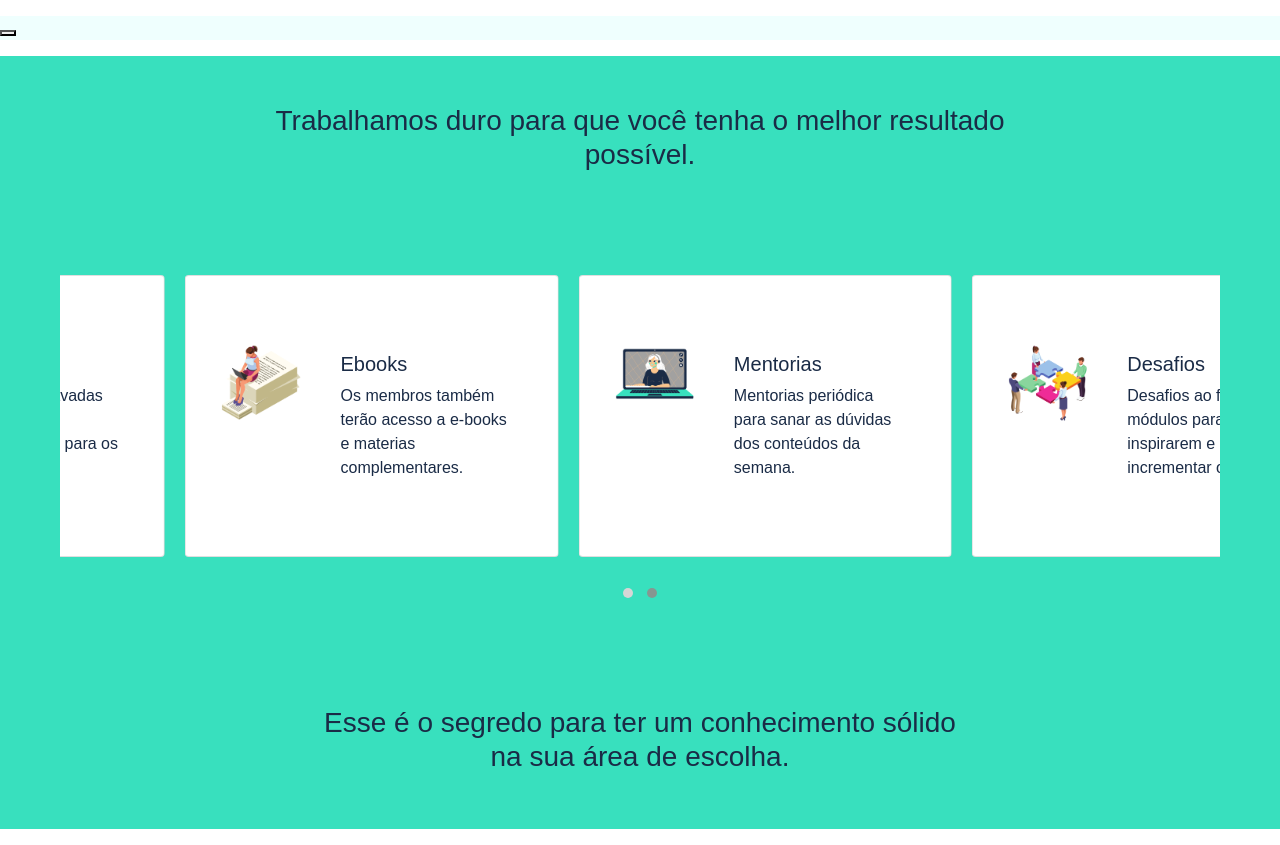
Repository: MarTech-Coders-Planejamento/site-oficial
Page: home.html
An editor plug-in stored every save of this project. The page is shown before and after the next save, followed by the edit.
The browser window is 1280 px wide. The pictures show the whole page.
Some web fonts or font styles are not loaded; a fallback is used.

Above is the page before, as saved 2021-10-25 18:49:39.

After the next save:
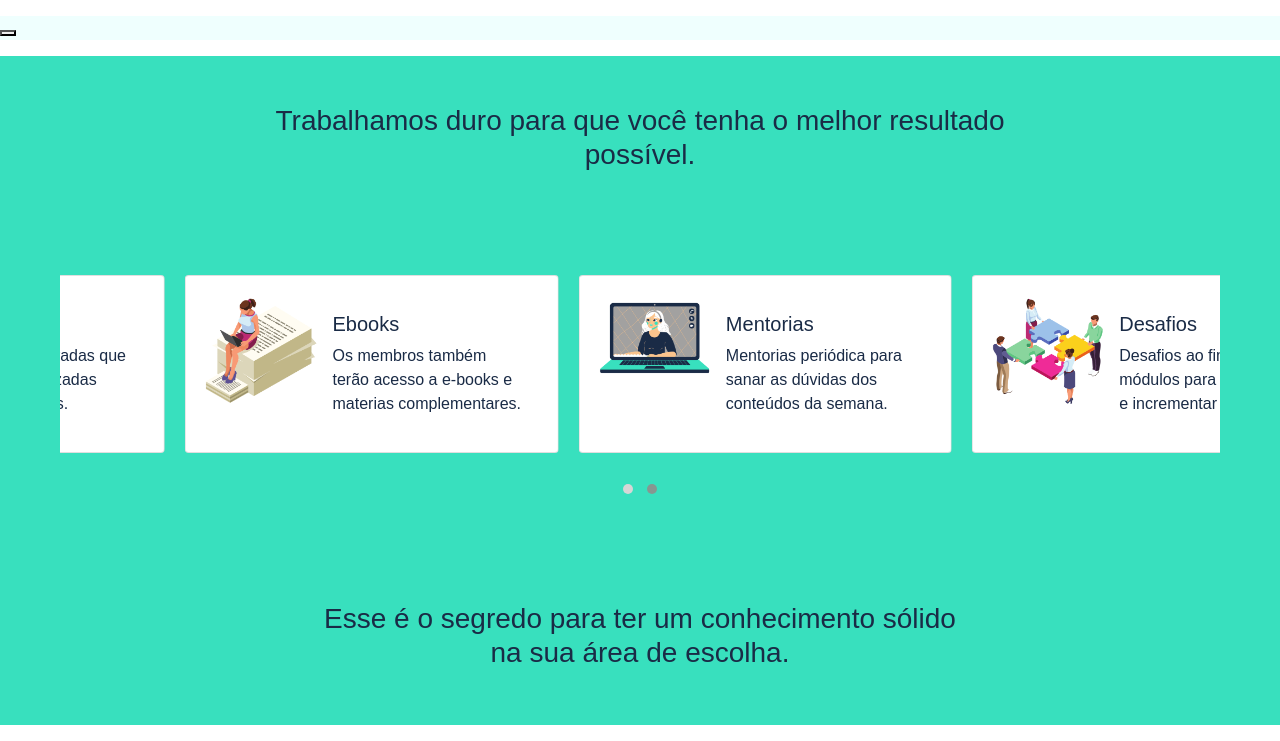
Saved 8 s later.
--- a/css/home.css
+++ b/css/home.css
@@ -24,12 +24,3 @@
 }
 
 /* Slider Container*/
-
-.card-body{
-  height: fit-content;
-  padding: 3.5rem 1.5rem;
-}
-
-.img-fluid{
-  padding: 3rem 1rem;
-}
